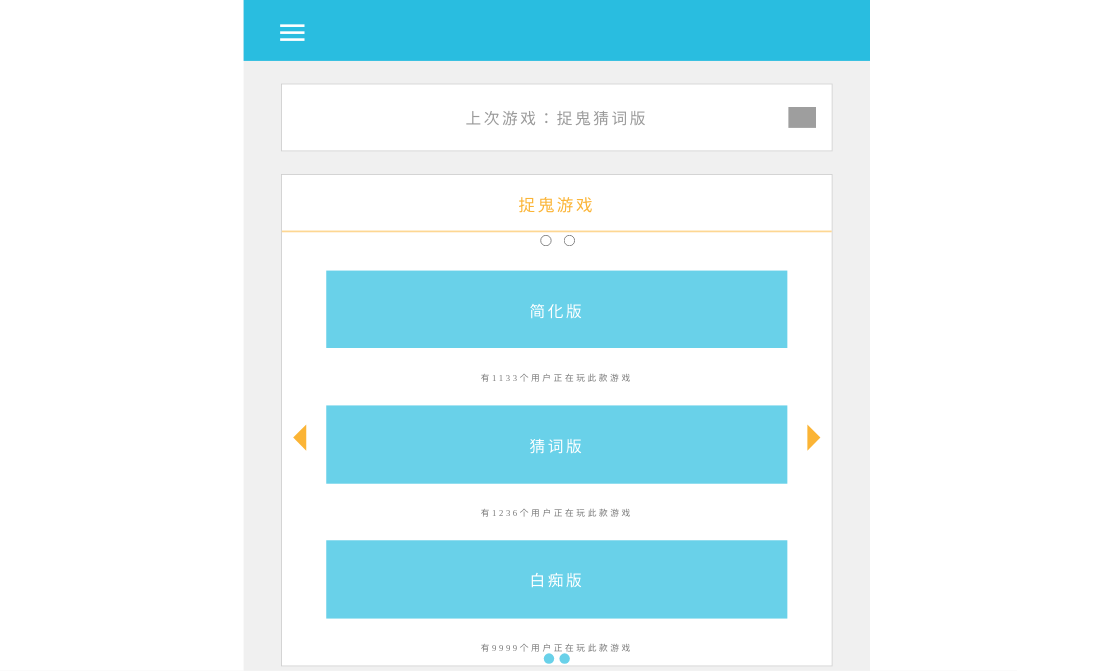
Repository: leozhangpd/My-Codes
Page: JS/two-project/home_page.html
The author's editor kept a copy of each file at every save. The page is drawn from the files as they stood at one save, then again after the next save.
The browser window is 1280 px wide. The pictures show the whole page, at 87% of full size.
Pictures or frames that could not be fetched are drawn as grey boxes.

Above is the page before, as saved 2020-11-06 15:41:33.

After the next save:
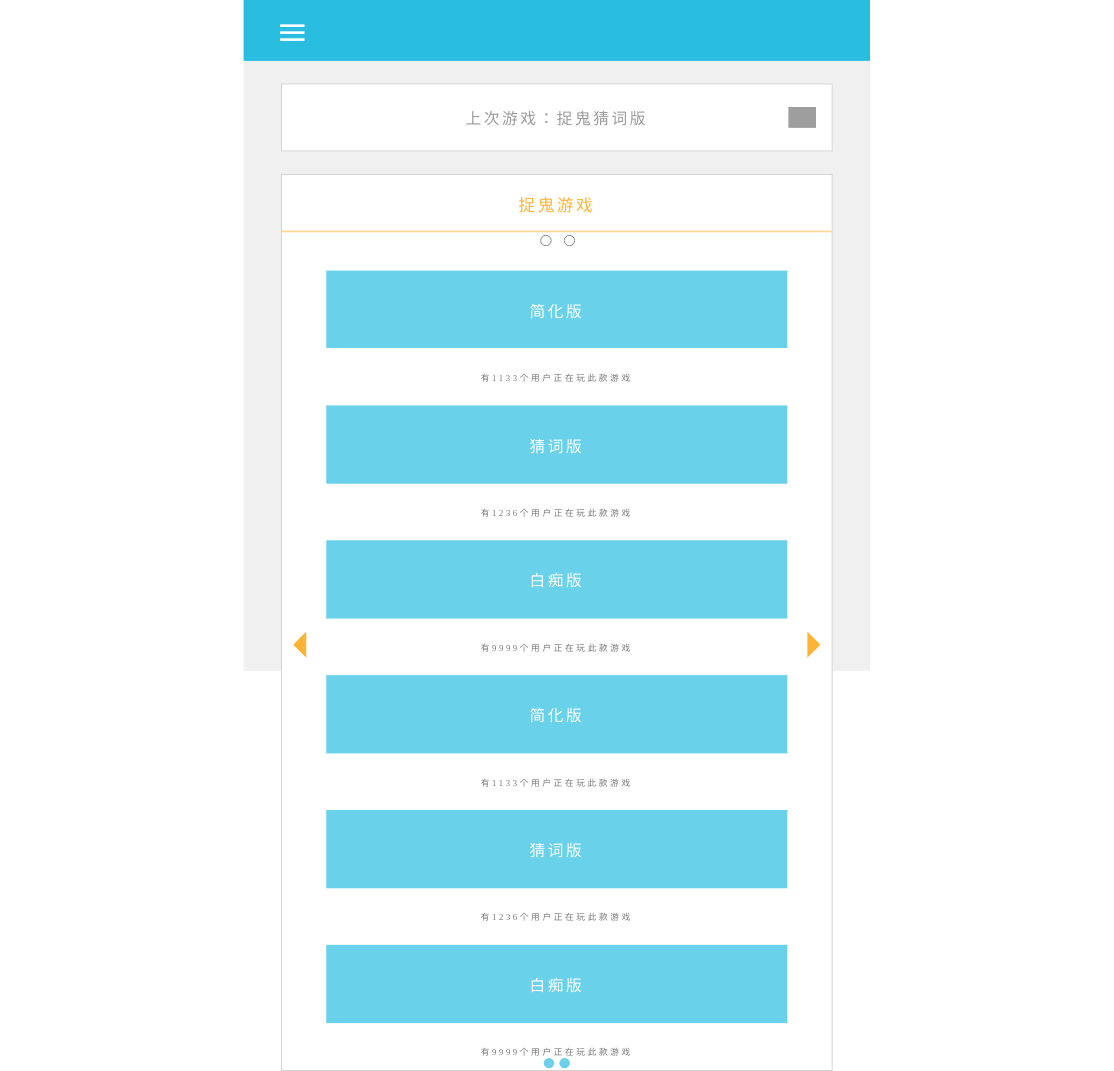
Saved 91 s later.
--- a/JS/two-project/home_page.html
+++ b/JS/two-project/home_page.html
@@ -32,6 +32,14 @@
                 <li><a href="#">白痴版</a></li>
                 <li>有9999个用户正在玩此款游戏</li>
             </ul>
+            <ul class="list" id="out">
+                <li><a href="#" id="in">简化版</a></li>
+                <li>有1133个用户正在玩此款游戏</li>
+                <li><a href="#">猜词版</a></li>
+                <li>有1236个用户正在玩此款游戏</li>
+                <li><a href="#">白痴版</a></li>
+                <li>有9999个用户正在玩此款游戏</li>
+            </ul>
             <div class="page">
                 <label for="change-1"></label>
                 <label for="change-2"></label>
